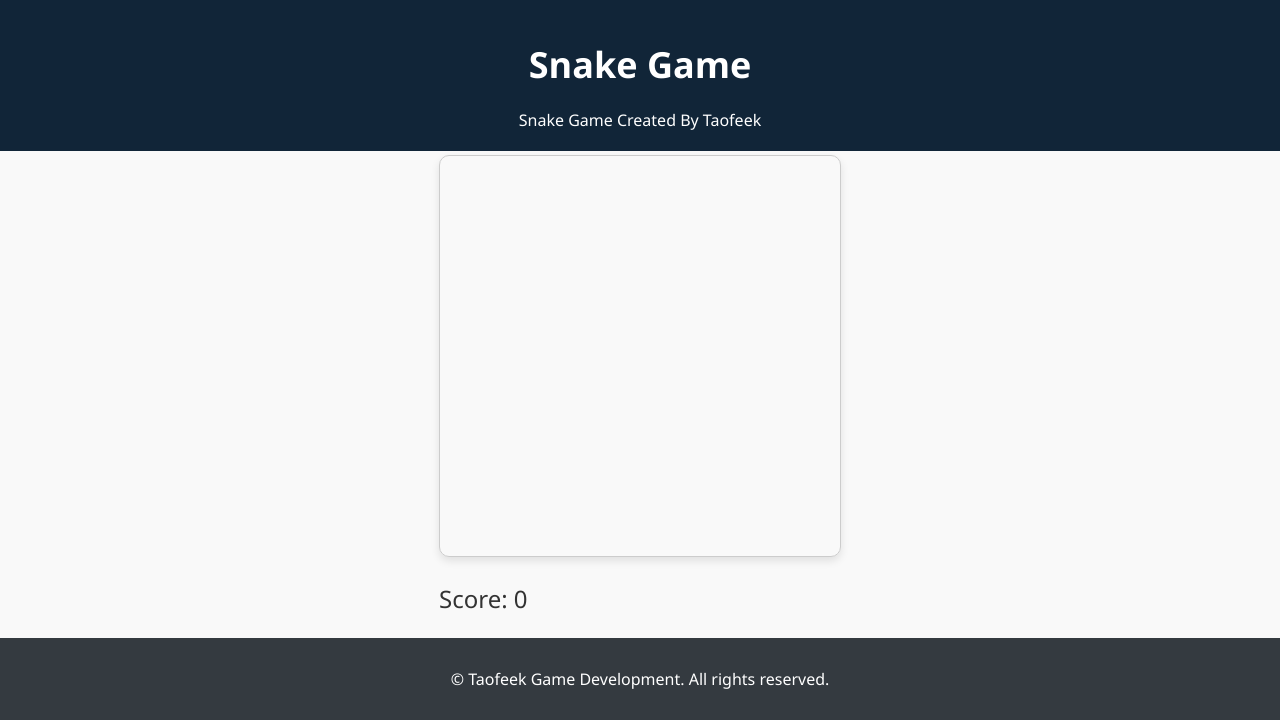
Repository: Taofeekolusola/Landing-page
Page: index.html
An editor plug-in stored every save of this project. The page is shown before and after a run of saves, followed by the edit.
The browser window is 1280 px wide. The pictures show the whole page.

Above is the page before, as saved 2024-05-06 18:15:34.
Not found: script.js

### index.html
<!DOCTYPE html>
<html lang="en">
<head>
    <meta charset="UTF-8">
    <meta name="viewport" content="width=device-width, initial-scale=1.0">
    <title>Snake Game</title>
    <link rel="stylesheet" href="styles.css">
</head>
<body>
    <header>
        <div class="container">
            <h1>Snake Game</h1>
        </div>
        <div class="name">Snake Game Created By Taofeek</div>
    </header>
    <main>
        <div>
            <canvas class="snake"></canvas>
            <div id="score">Score: 0</div>
        </div>
    </main>
    <footer>
        <div class="container">
            <p>&copy; Taofeek Game Development. All rights reserved.</p>
        </div>
    </footer>
    <script src="script.js"></script>
</body>
</html>

### styles.css
body {
    font-family: 'Segoe UI', Tahoma, Geneva, Verdana, sans-serif;
    margin: 0;
    padding: 0;
    display: flex;
    flex-direction: column;
    min-height: 100vh;
    background-color: #f9f9f9;
}

.container {
    width: 80%;
    max-width: 800px;
    margin: 0 auto;
    padding: 20px;
}

header {
    background-color: #112538;
    color: #fff;
    text-align: center;
    padding: 20px 0;
}

header h1 {
    font-size: 36px;
    margin: 0;
}

.snake {
    height: 400px;
    width: 400px;
    ma
}

main {
    flex-grow: 1;
    display: flex;
    justify-content: center;
    align-items: center;
}

canvas {
    border: 1px solid #ccc;
    border-radius: 10px;
    box-shadow: 0 4px 8px rgba(0, 0, 0, 0.1);
}

#score {
    margin-top: 20px;
    font-size: 24px;
    color: #333;
}

footer {
    background-color: #343a40;
    color: #fff;
    text-align: center;
    padding: 10px 0;
    margin-top: 20px;
}

footer p {
    margin: 0;
}

After the next 4 saves:
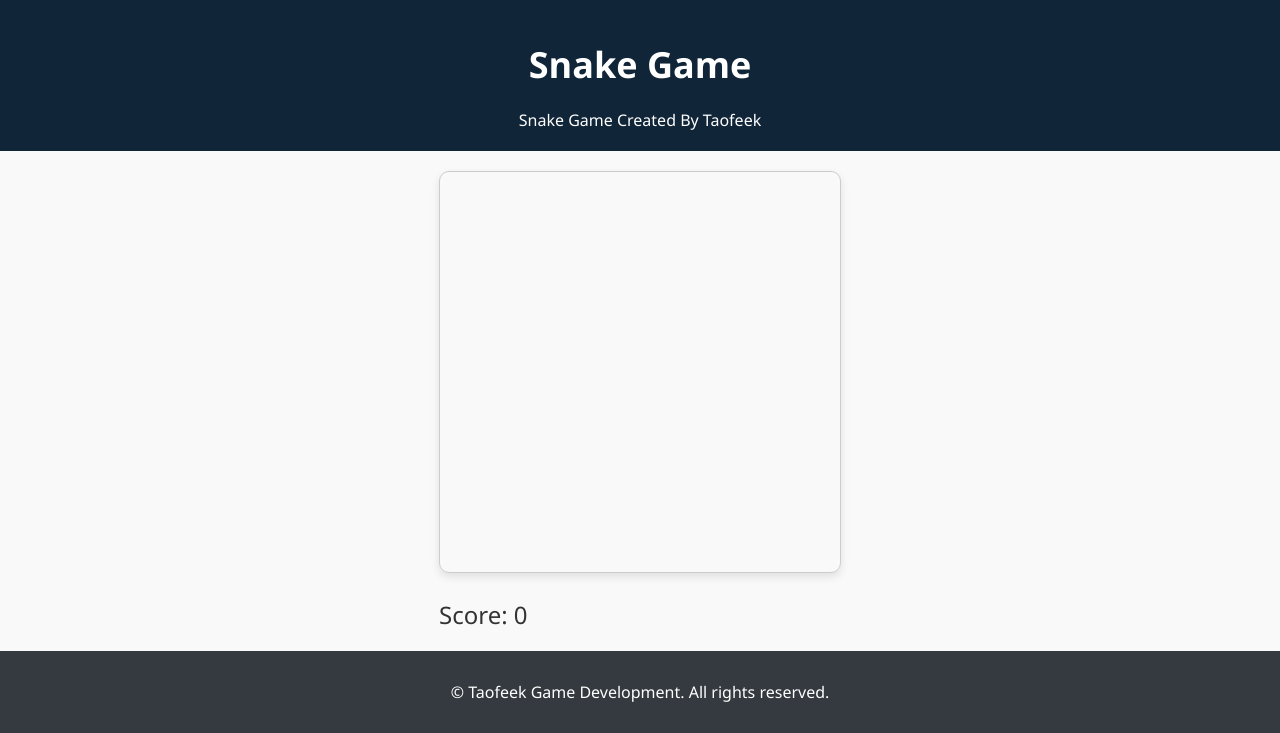
The 4 saves are shown as one change because they came seconds apart.
The last was saved 10 s later.
--- a/styles.css
+++ b/styles.css
@@ -30,7 +30,7 @@ header h1 {
 .snake {
     height: 400px;
     width: 400px;
-    ma
+    margin-top: 20px
 }
 
 main {
